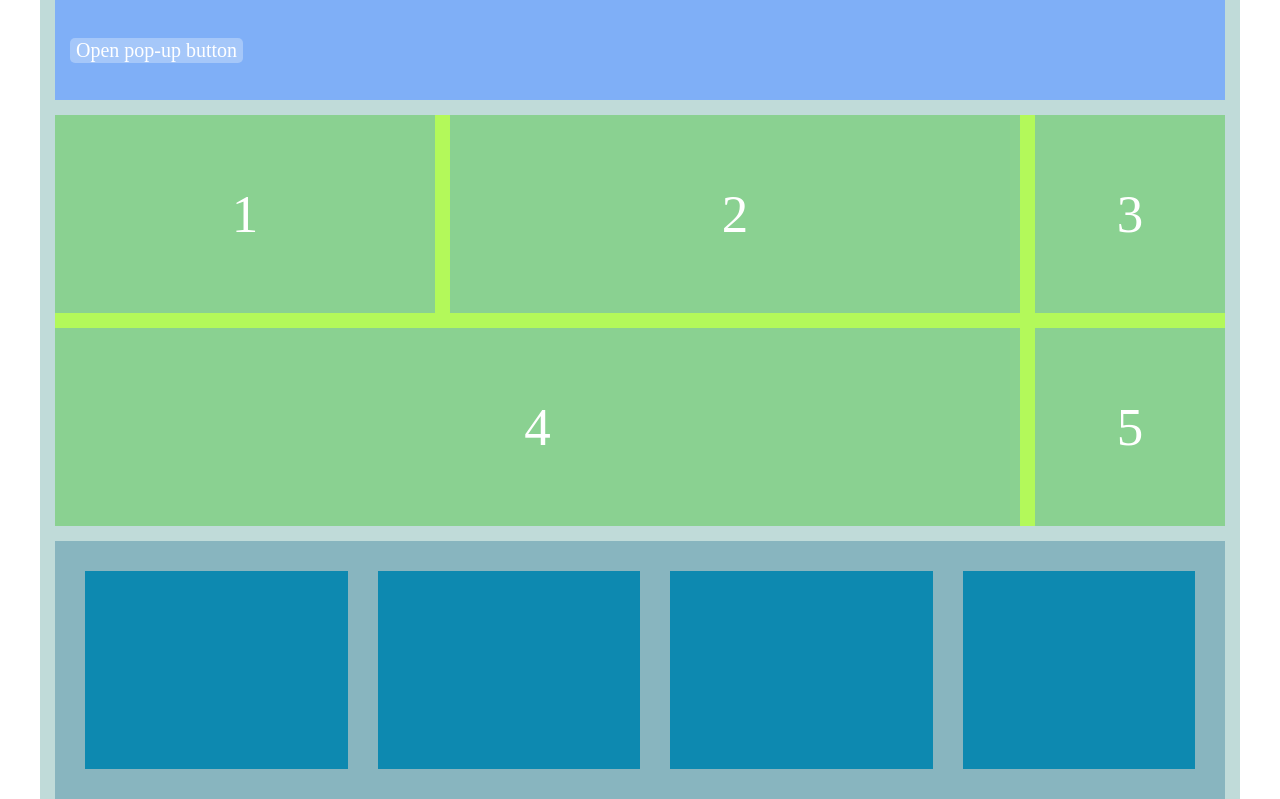
Repository: Evgenius190999999/nodasoft
Page: index.html
These files come from the project's save history. The page is drawn as it stood at one moment and after the next save; the edit follows.
The browser window is 1280 px wide. The pictures show the whole page.
Some web libraries are served in a nearby version. The style sheet was rebuilt from its Sass, Less or Tailwind sources for each picture, by a compiler version that may differ from the author's.

Above is the page before, as saved 2022-07-08 15:10:45.

After the next save:
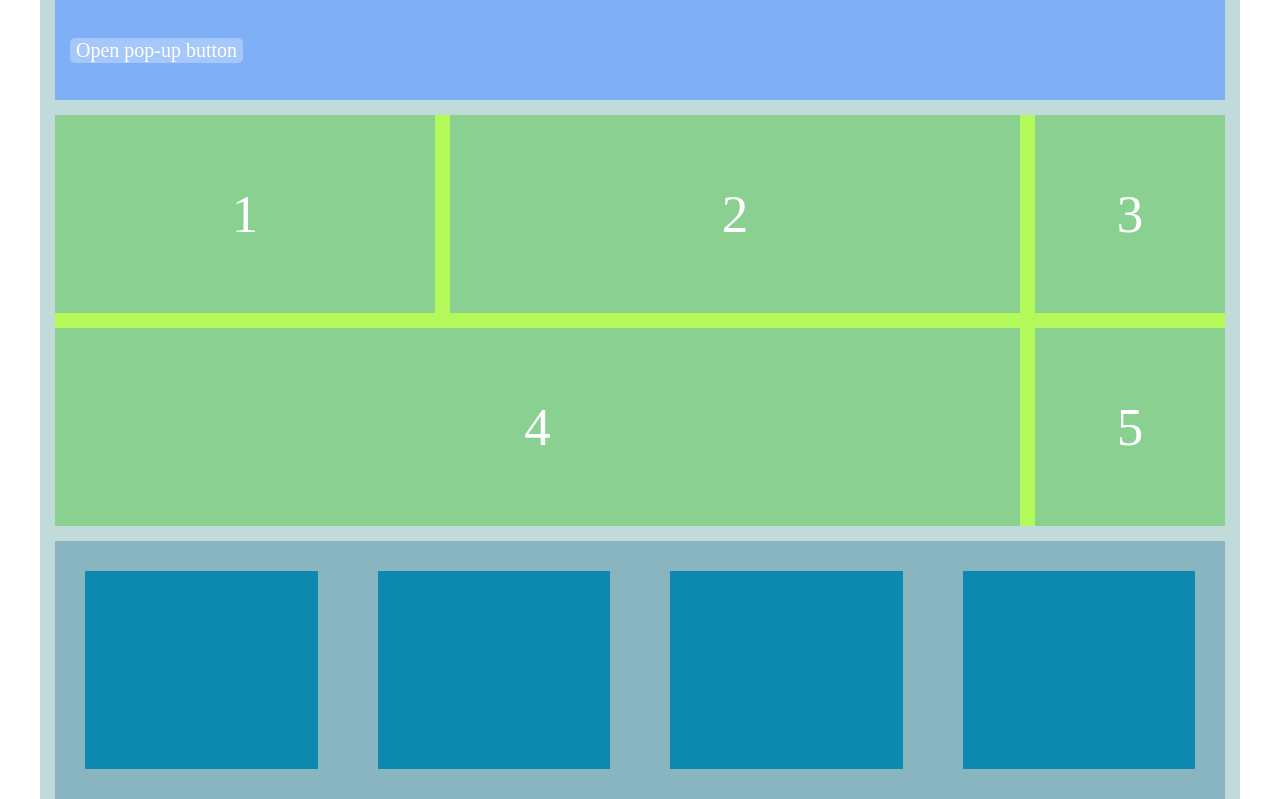
Saved 57 s later.
--- a/style/sass/style.sass
+++ b/style/sass/style.sass
@@ -66,9 +66,7 @@
     div
         height: 198px
         background: #0D89B0
-        margin: 30px 0px 30px 30px
-        &:last-child
-            margin-right: 30px
+        margin: 30px
 
 .div1
     grid-area: 1 / 1 / 2 / 2
